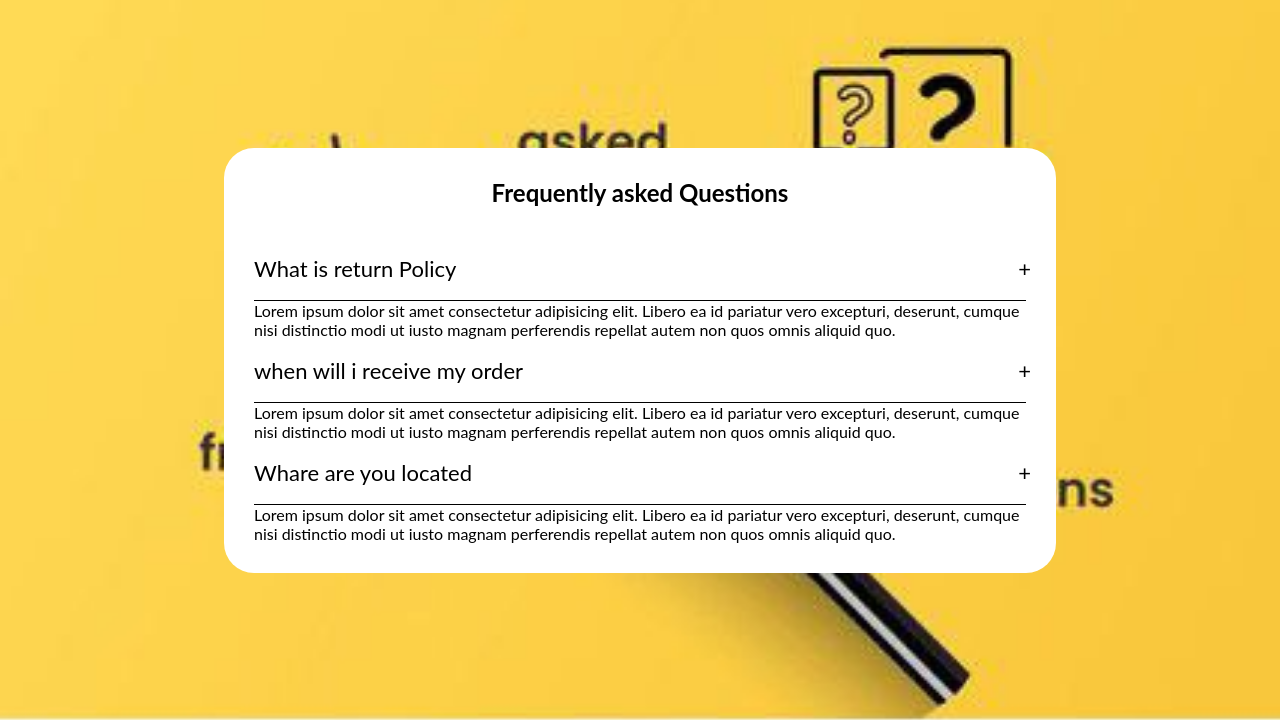
Repository: wakoya-tech/react-project
Page: Desktop/shaakala/accor/index.html
An editor plug-in stored every save of this project. The page is shown before and after the next save, followed by the edit.
The browser window is 1280 px wide. The pictures show the whole page.
Some web libraries are served in a nearby version.

Above is the page before, as saved 2025-08-31 14:13:38.

### Desktop/shaakala/accor/index.html
<!DOCTYPE html>
<html lang="en">
<head>
    <meta charset="UTF-8">
    <meta name="viewport" content="width=device-width, initial-scale=1.0">
    <title>Document</title>
    <link rel="stylesheet" href="../accor/style.css">
    <link rel="preconnect" href="https://fonts.googleapis.com">
    <link rel="preconnect" href="https://fonts.gstatic.com" crossorigin>
    <link href="https://fonts.googleapis.com/css2?family=Roboto&display=swap" rel="stylesheet">
    <link rel="stylesheet"
          href="https://cdnjs.cloudflare.com/ajax/libs/font-awesome/6.1.1/css/all.min.css"
          integrity="sha512-kfkfwYDsLKIlwQp6LFn18zNdLGxu9YAAlQvwINks4PhcElQ5vqcyVLLD9aMhXd13uQjoXtENosOWaZqXgol0g=="
          crossorigin="anonymous"
          referrerpolicy="no-referrer" />
</head>
<body>

 <div class="accordion">
    <h2 class="accordion-title">
        Frequently asked Questions
    </h2>
    <div class="content-container">
        <div class="question">What is return Policy</div>
   <div class="answer">Lorem ipsum dolor sit amet consectetur
    adipisicing elit. Libero ea id pariatur vero excepturi,
     deserunt, cumque nisi distinctio modi ut iusto magnam
      perferendis
    repellat autem non quos omnis aliquid quo.</div>
    </div>
    <div class="content-container">
        <div class="question">when will i receive my order</div>
   <div class="answer">Lorem ipsum dolor sit amet consectetur
    adipisicing elit. Libero ea id pariatur vero excepturi,
     deserunt, cumque nisi distinctio modi ut iusto magnam
      perferendis
    repellat autem non quos omnis aliquid quo.</div>
    </div>
    <div class="content-container">
        <div class="question">Whare are you located</div>
   <div class="answer">Lorem ipsum dolor sit amet consectetur
    adipisicing elit. Libero ea id pariatur vero excepturi,
     deserunt, cumque nisi distinctio modi ut iusto magnam
      perferendis
    repellat autem non quos omnis aliquid quo.</div>
    </div>
 </div>
    <script src="../accor/script.js"></script>
</body>
</html>

### Desktop/shaakala/accor/style.css
*{
    margin: 0;
    padding: 0;
    box-sizing: border-box;
    font-family: 'Lato',sans-serif;

}
body{
    background: url(../img/img3.jpg) no-repeat center center/cover;
    height: 100vh;
    display: flex;
    justify-content: center;
    align-items: center;
}
.accordion {
    width: 65%;
    background-color: #fff;
    padding: 30px;
    border-radius: 30px;
}
.accordion .accordion-title {
    margin-bottom: 30px;
    text-align: center;
}
.accordion .content-container .question {
    padding: 18px 0px;
    font-size: 22px;
    cursor: pointer;
    border-bottom: 1px solid #000;
     position: relative;
}
.accordion .content-container .question::after{
    content: '+';
    position: absolute;
    right: -5px;
}

Loaded but not shown: Desktop/shaakala/accor/script.js (no copy from this time; the picture is the same without it)

After the next save:
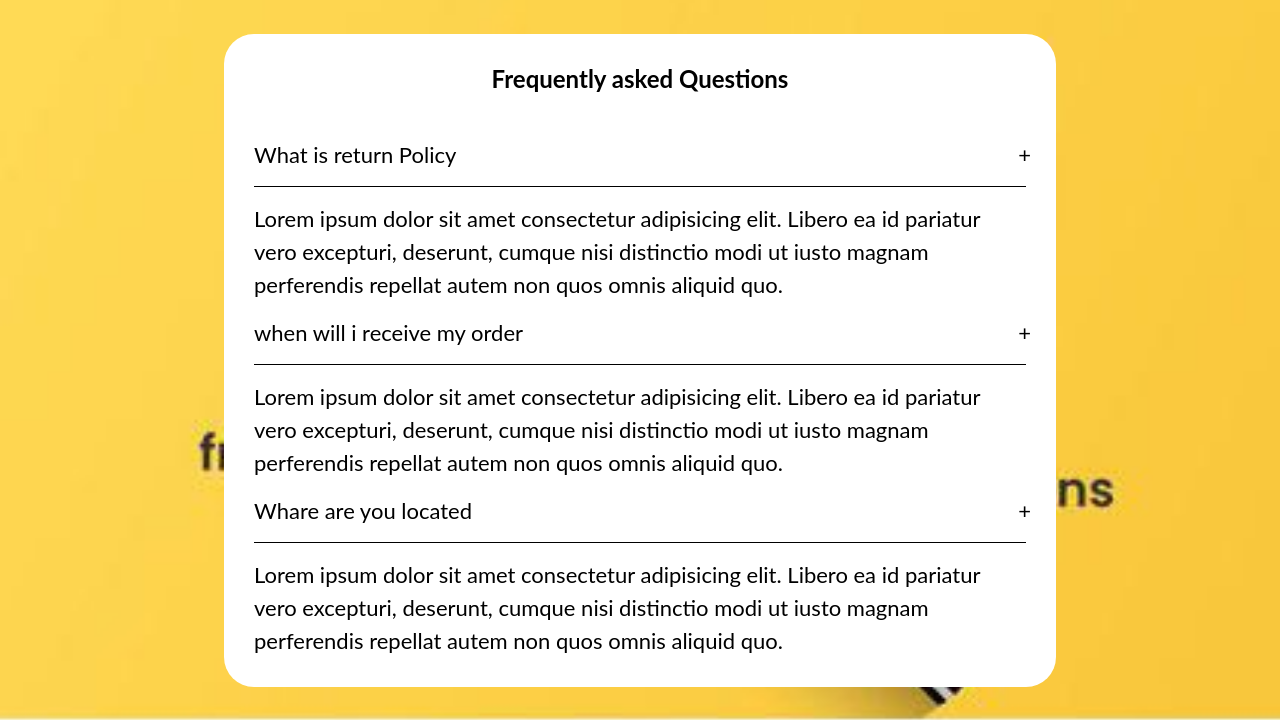
Saved 97 s later.
--- a/Desktop/shaakala/accor/style.css
+++ b/Desktop/shaakala/accor/style.css
@@ -34,3 +34,9 @@
     position: absolute;
     right: -5px;
 }
+.accordion .content-container .answer {
+    padding-top: 15px;
+    font-size: 22px;
+    line-height: 1.5;
+    width: 100%;
+}
